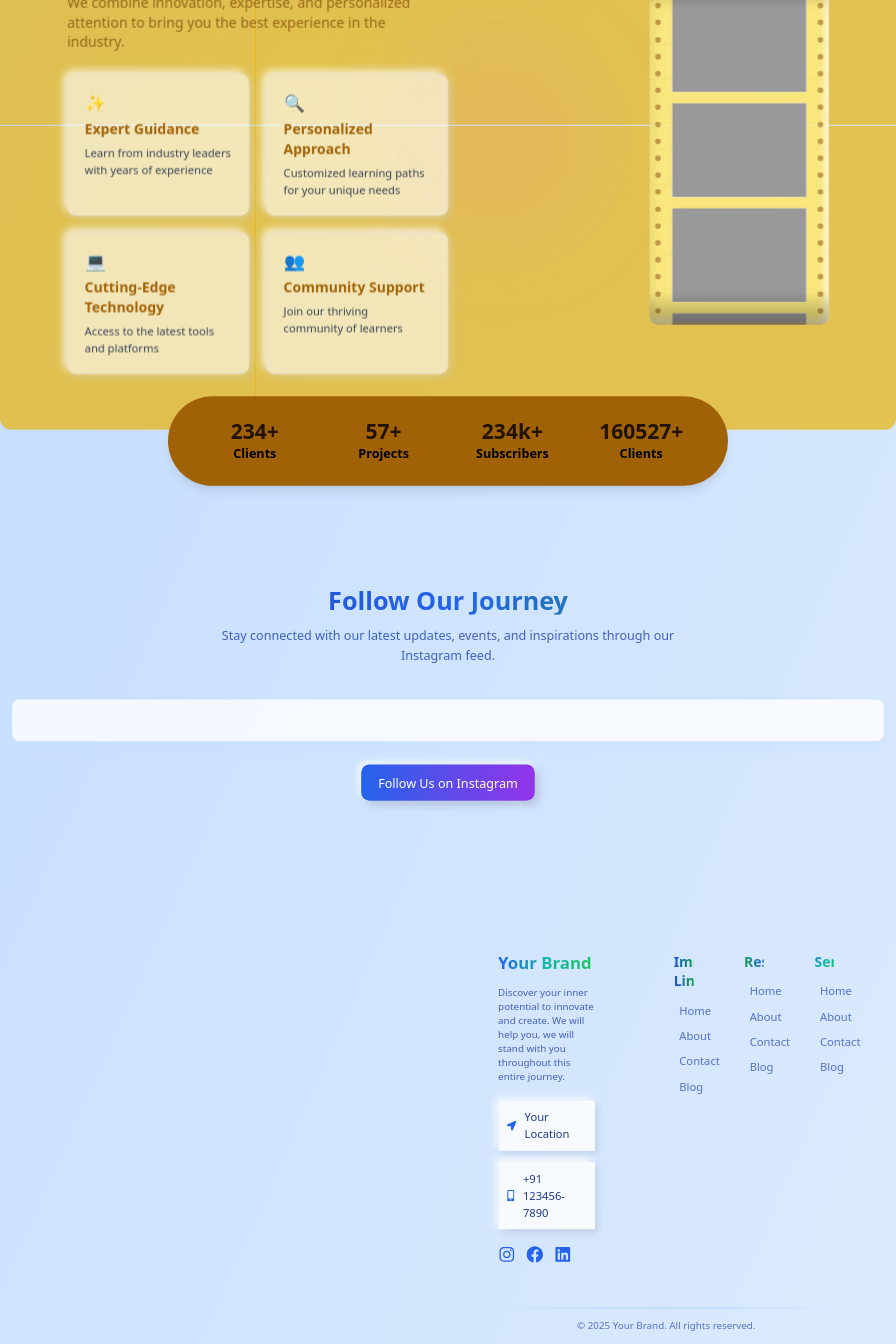
Repository: Kish202/rsacademy
Page: / (app in frontend/)
These files come from the project's save history. The page is drawn as it stood at one moment and after a run of saves; the edit follows.
The browser window is 1280 px wide. The pictures show the part of the page from y = 970 to 2890 px (the page is 2890 px tall), at 70% of full size.
Pictures or frames that could not be fetched are drawn as grey boxes. The project was rebuilt for these pictures with package versions that can differ from the ones it lists, and the page was loaded fresh each time. Also part of the build but not shown: frontend/vite.config.js, frontend/src/components/ReviewsFeed.jsx.

Above is the page before, as saved 2025-04-27 22:57:34.

After the next 3 saves:
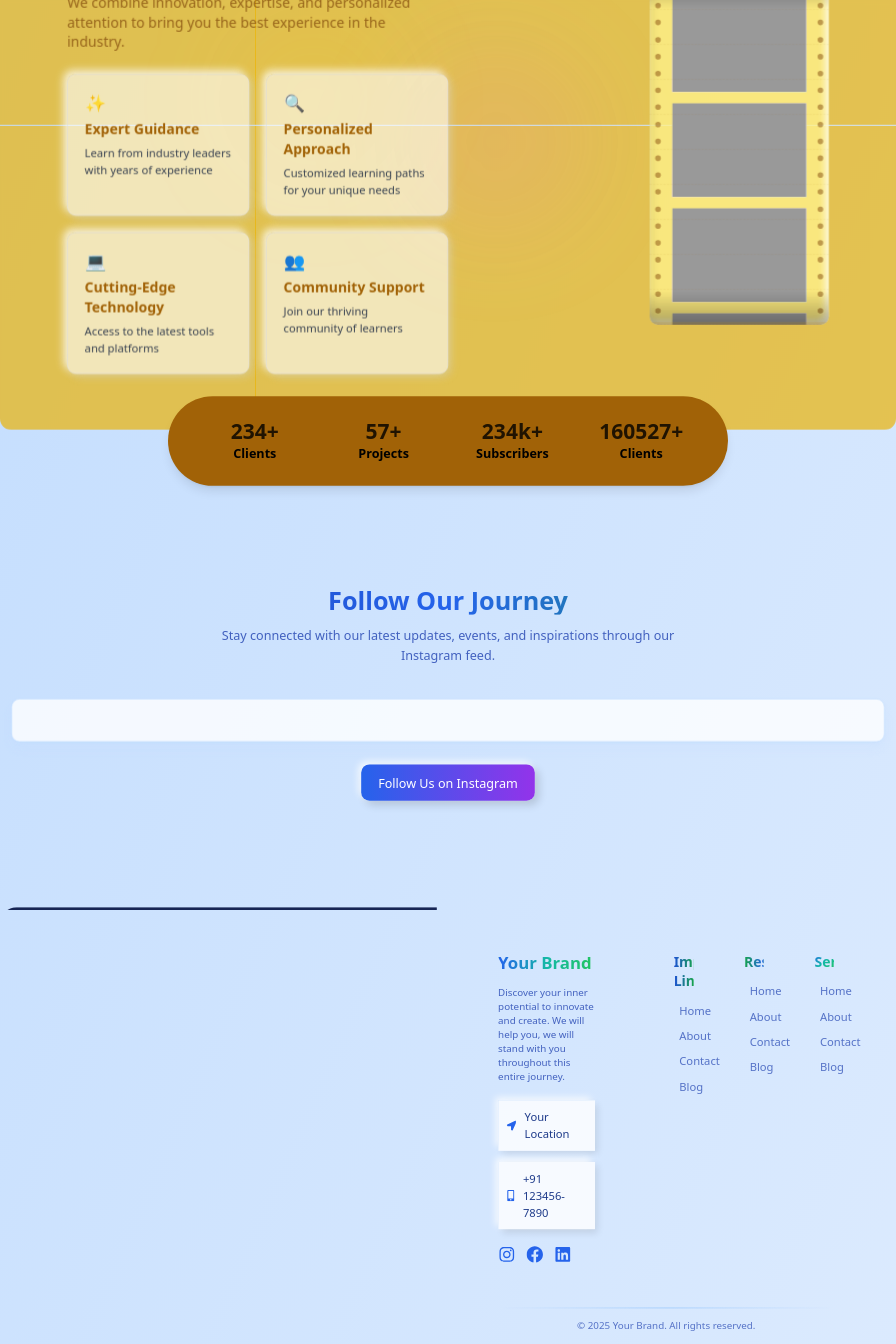
The 3 saves are shown as one change because they came seconds apart.
The last was saved 8 s later.
--- a/frontend/src/components/Footer.jsx
+++ b/frontend/src/components/Footer.jsx
@@ -37,7 +37,7 @@ function Footer() {
       ${isDarkMode
         ? ' text-blue-100'
         : ' text-blue-900'}`}>
-<div className="w-full h-1 bg-"></div>
+<div className="w-full h-1 bg-blue-950 m"></div>
 
       {/* Background Elements */}
       <div className={`absolute top-1/4 left-1/4 w-72 h-72 rounded-full blur-3xl -z-10
